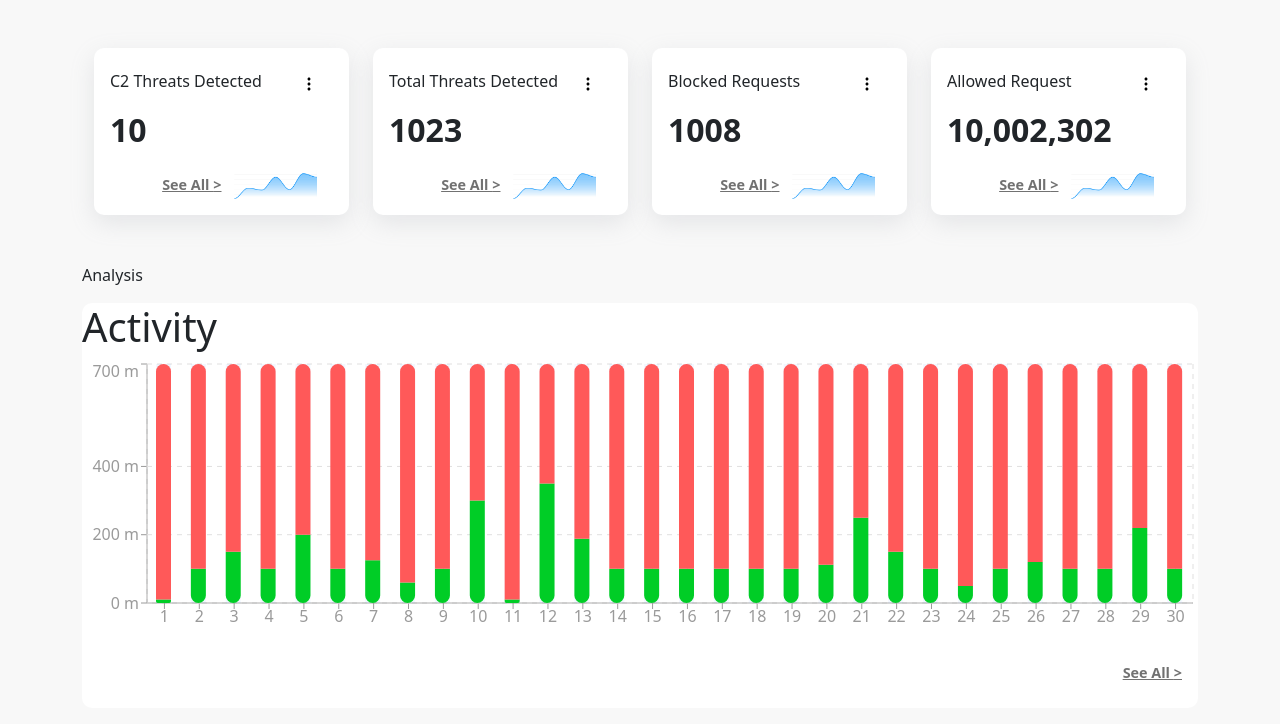
Repository: badhon252/dashboard
Page: /
These files come from the project's save history. The page is drawn as it stood at one moment and after the next save; the edit follows.
The browser window is 1280 px wide. The pictures show the whole page.
The project was rebuilt for these pictures with package versions that can differ from the ones it lists, and the page was loaded fresh each time. Also part of the build but not shown: vite.config.js.

Above is the page before, as saved 2023-01-27 03:00:17.

### index.html
<!DOCTYPE html>
<html lang="en">

<head>
    <meta charset="UTF-8" />
    <link rel="icon" type="image/svg+xml" href="/vite.svg" />
    <meta name="viewport" content="width=device-width, initial-scale=1.0" />
    <!-- bootsrap cdn  -->
    <link rel="stylesheet" href="https://cdn.jsdelivr.net/npm/bootstrap@5.2.3/dist/css/bootstrap.min.css">
    <title>DashBoard</title>
</head>

<body>
    <div id="root"></div>

    <script type="module" src="/src/index.jsx"></script>
    <!-- bootsrap cdn  -->
    <script type="module" src="https://cdn.jsdelivr.net/npm/bootstrap@5.2.3/dist/js/bootstrap.bundle.min.js"></script>
</body>

</html>

### src/App.jsx
import './App.css'
import Activity from './Components/Activity/Activity'
import Analysis from './Components/Analysis/Analysis'
import Status from './Components/Status/Status'

function App() {

  return (
    <div className="container">
      <Status/>
      <Analysis/>
      <Activity/>
    </div>
  )
}

export default App

### src/App.css
body {
    background-color: #f8f8f8;
}

.link {
    color: rgba(0, 0, 0, 0.534);
    text-decoration: underline;
    font-size: 1em;
    padding: 0;
}

.link,
img {
    cursor: pointer;
}

### src/Components/Activity/Activity.jsx
import "./Activity.css";
import ActivityGraph from "./ActivityGraph";
import ActivityHeader from "./ActivityHeader";

export default function Activity() {
  const customTooltip = ({ active, payload, label }) => {
    if (active && payload && payload.length) {
      return (
        <div className="custom-tooltip">
          <p className="date-label">26 Jan 2023</p>

          <div className="d-flex">
            <div className="tooltip-allowed ">
              <p className="label">
                <span>00</span> Allowed
              </p>
              <p className="label">
                <span>00</span>
                {`${payload[0].value}`}
              </p>
            </div>

            <div className="tooltip-blocked">
              <p className="label">
                <span>00</span> Blocked
              </p>
              <p className="label">
                <span>00</span>
                {`${payload[1].value}`}
              </p>
            </div>
          </div>
        </div>
      );
    }
  };

  return (
    <div className="activity">
      <ActivityHeader />

      <div className="activity_graph">
        {/* barhcart Code goes here  */}
        <ActivityGraph CustomTooltip={customTooltip} />
        <div className="link py-4 px-3">See All {">"} </div>
      </div>
    </div>
  );
}

### src/Components/Analysis/Analysis.jsx
import React from 'react'

export default function Analysis() {
  return (
    <div>Analysis</div>
  )
}

### src/Components/Status/Status.jsx
import React from 'react'
import "./Status.css"
import StatusCard from './StatusCard';
import dotIcon from "../../assets/dot.svg"

export default function Status() {
  return (
    <div id="status" className='container'>
      <div className='row' >

        <div className="col-md-3">
            <StatusCard title="C2 Threats Detected" icon={dotIcon} amount="10" link={null}/>
        </div>
        <div className="col-md-3">
            <StatusCard title="Total Threats Detected" icon={dotIcon} amount="1023" link={null}/>
        </div>
        <div className="col-md-3">
            <StatusCard title="Blocked Requests" icon={dotIcon} amount="1008" link={null}/>
        </div>
        <div className="col-md-3">
            <StatusCard title="Allowed Request" icon={dotIcon} amount="10,002,302" link={null}/>
        </div>

      </div>
    </div>
  )
}

### src/Components/Activity/Activity.css
.activity {
    background-color: #ffffff;
    margin: 1rem 0;
    border-radius: 10px;
}

.activity_header {
    justify-content: space-between;
    padding: 2rem 1rem;
    border-radius: 5px;
}

#months {
    background-color: #fff;
    border: 1px solid rgba(120, 111, 111, 0.434);
    outline: none;
    border-radius: 5px;
    padding: 7px 10px;
    font-size: 1rem;
    color: #000000b3;
    cursor: pointer;
}

.custom-tooltip {
    background-color: #fff;
    padding: 0.7rem;
    border: none;
    border-radius: 15px;
    box-shadow: 0 0 5px 0 rgba(0, 0, 0, 0.2);
}

.activity .date-label {
    font-size: 1rem;
    font-weight: 600;
    color: #000000b3;
    border-bottom: 1px solid #e4e4e4;
}

.activity .label {
    font-size: 0.9rem;
    font-weight: 400;
    color: #000000b3;
    padding: 2px 5px;
}

.tooltip-allowed {
    padding-right: 1rem;
    border-right: 1px solid #e4e4e4;
}

.tooltip-allowed .label:last-child {
    color: rgb(0, 164, 60);
    border-radius: 15px;
    background-color: rgba(113, 251, 0, 0.228);
}

.tooltip-allowed .label span {
    width: 5px;
    height: 5px;
    border-radius: 50%;
    background-color: rgb(0, 251, 109);
    color: rgb(0, 251, 92);
    margin-right: 5px;
    font-size: 5px;
}

.tooltip-blocked {
    padding-left: 1rem;
}

.tooltip-blocked .label span {
    width: 5px;
    height: 5px;
    border-radius: 50%;
    background-color: rgb(251, 0, 71);
    color: rgb(251, 0, 71);
    font-size: 5px;
    margin-right: 5px;
}

.tooltip-blocked .label:last-child {
    color: #000000b3;
    border-radius: 115px;
    color: rgb(251, 0, 71);
    background-color: rgba(251, 0, 71, 0.133);
}

.link {
    text-align: right;
    text-decoration: underline;
    color: rgba(0, 0, 0, 0.558);
    font-size: 0.9rem;
    font-weight: 600;
}

### src/Components/Activity/ActivityGraph.jsx
import {
  ResponsiveContainer,
  XAxis,
  YAxis,
  BarChart,
  Bar,
  Tooltip,
  CartesianGrid,
} from "recharts";
import Data from "../data";

const ActivityGraph = ({ CustomTooltip }) => {
  return (
    <div>
      <ResponsiveContainer width="100%" aspect="4">
        <BarChart data={Data()} outerRadius={10}>
          <XAxis dataKey="id" stroke="#9a9a9a" interval={"preserveStartEnd"} />
          <YAxis
            dataKey="height"
            stroke="#9a9a9a"
            interval={"preserveStartEnd"}
            domain={[0, 250, 500, 750]}
            tickFormatter={(value) => `${value} m`}
          />
          <CartesianGrid stroke="#e0dfdf" strokeDasharray="5 5" />

          <Bar
            barSize={15}
            dataKey="allowed"
            strokeWidth={1}
            stackId="a"
            fill="rgb(0, 205, 38)"
            radius={[0, 0, 15, 15]}
            background={{ fill: "#5590ff13" }}
          />

          <Bar
            barSize={15}
            dataKey="blocked"
            strokeWidth={1}
            stackId="a"
            fill="rgb(255, 89, 89)"
            radius={[10, 10, 0, 0]}
          ></Bar>

          <Tooltip content={CustomTooltip} cursor={{ fill: "blue" }} />
        </BarChart>
      </ResponsiveContainer>
    </div>
  );
};

export default ActivityGraph;

### src/Components/Activity/ActivityHeader.jsx
const ActivityHeader = () => {
  return (
    <div>
      <h1>Activity</h1>
    </div>
  );
};

export default ActivityHeader;

### src/Components/Status/Status.css
/* Card css  */

.myCard {
    border-radius: 5px;
    transition: all 0.3s ease-in-out;
    box-shadow: rgba(149, 157, 165, 0.2) 0px 8px 24px;
    border-radius: 10px;
    background-color: #fff;
}

.myCard_title {
    font-size: 1rem;
    font-weight: 500;
    margin: 0.5rem 0;
}

.myCard_value {
    font-size: 2em;
    font-weight: 600;
}

.myCard_data {
    display: flex;
    justify-content: space-between;
    align-items: center;
    padding: 0 1rem;
}

### src/Components/Status/StatusCard.jsx
import "./Status.css";
import areaChart from "../../assets/areaChat.png";

export default function StatusCard({ title, icon, amount, link }) {
  return (
    <div className="myCard my-5 p-3">
      <div className="myCard_Head d-flex justify-content-between">
        <h3 className="myCard_title">{title}</h3>
        <h3 className="myCard_icon">
          <img className="img-fluid w-50" src={icon} alt=":" />
        </h3>
      </div>

      <div className="myCard_value">{amount}</div>

      <div className="myCard_data row pt-3">
        <div className="link col-sm-6">
          <a href={link}>See All {">"} </a>
        </div>
        <div className="myCard_Graph col-sm-6">
          <img className="img-fluid" src={areaChart} alt="" />
        </div>
      </div>
    </div>
  );
}

### src/Components/data.js
export default function Data() {
  return [
    { id: 1, date: "1 Jan 2023", height: 700, allowed: 10, blocked: 20400 },
    { id: 2, date: "2 Jan 2023", height: 700, allowed: 100, blocked: 20000 },
    { id: 3, date: "3 Jan 2023", height: 700, allowed: 150, blocked: 20000 },
    { id: 4, date: "4 Jan 2023", height: 450, allowed: 100, blocked: 32000 },
    { id: 5, date: "5 Jan 2023", height: 700, allowed: 200, blocked: 20000 },
    { id: 6, date: "6 Jan 2023", height: 500, allowed: 100, blocked: 5000 },
    { id: 7, date: "7 Jan 2023", height: 700, allowed: 125, blocked: 20000 },
    { id: 8, date: "8 Jan 2023", height: 700, allowed: 60, blocked: 22500 },
    { id: 9, date: "9 Jan 2023", height: 700, allowed: 100, blocked: 20000 },
    { id: 10, date: "10 Jan 2023", height: 500, allowed: 300, blocked: 20000 },
    { id: 11, date: "11 Jan 2023", height: 550, allowed: 10, blocked: 20000 },
    {
      id: 12,
      date: "12 Jan 2023",
      height: 700,
      value: 15000,
      allowed: 350,
      blocked: 20000,
    },
    {
      id: 13,
      date: "13 Jan 2023",
      height: 700,
      value: 15000,
      allowed: 188,
      blocked: 200200,
    },
    {
      id: 14,
      date: "14 Jan 2023",
      height: 700,
      value: 15000,
      allowed: 100,
      blocked: 20000,
    },
    {
      id: 15,
      date: "15 Jan 2023",
      height: 700,
      value: 15000,
      allowed: 100,
      blocked: 20000,
    },
    {
      id: 16,
      date: "16 Jan 2023",
      height: 700,
      value: 15000,
      allowed: 100,
      blocked: 20000,
    },
    {
      id: 17,
      date: "17 Jan 2023",
      height: 700,
      value: 15000,
      allowed: 100,
      blocked: 20000,
    },
    { id: 18, date: "18 Jan 2023", height: 700, allowed: 100, blocked: 20000 },
    { id: 19, date: "19 Jan 2023", height: 600, allowed: 100, blocked: 20000 },
    {
      id: 20,
      date: "20 Jan 2023",
      height: 700,

      allowed: 112,
      blocked: 20024000,
    },
    {
      id: 21,
      date: "21 Jan 2023",
      height: 600,
      value: 15000,
      allowed: 250,
      blocked: 20000,
    },
    {
      id: 22,
      date: "22 Jan 2023",
      height: 650,
      value: 15000,
      allowed: 150,
      blocked: 20000,
    },
    {
      id: 23,
      date: "23 Jan 2023",
      height: 700,
      value: 15000,
      allowed: 100,
      blocked: 20000,
    },
    {
      id: 24,
      date: "24 Jan 2023",
      height: 700,
      value: 15000,
      allowed: 50,
      blocked: 5000,
    },
    {
      id: 25,
      date: "25 Jan 2023",
      height: 700,
      value: 15000,
      allowed: 100,
      blocked: 20000,
    },
    {
      id: 26,
      date: "26 Jan 2023",
      height: 700,
      value: 15000,
      allowed: 120,
      blocked: 20000,
    },
    {
      id: 27,
      date: "27 Jan 2023",
      height: 700,
      value: 1500,
      allowed: 100,
      blocked: 20000,
    },
    {
      id: 28,
      date: "28 Jan 2023",
      height: 700,
      value: 1500,
      allowed: 100,
      blocked: 2000,
    },
    {
      id: 29,
      date: "29 Jan 2023",
      height: 600,
      value: 1500,
      allowed: 220,
      blocked: 20000,
    },
    {
      id: 30,
      date: "30 Jan 2023",
      height: 700,
      value: 150,
      allowed: 100,
      blocked: 10200,
    },
  ];
}

Loaded but not shown: src/index.jsx (common file)

After the next save:
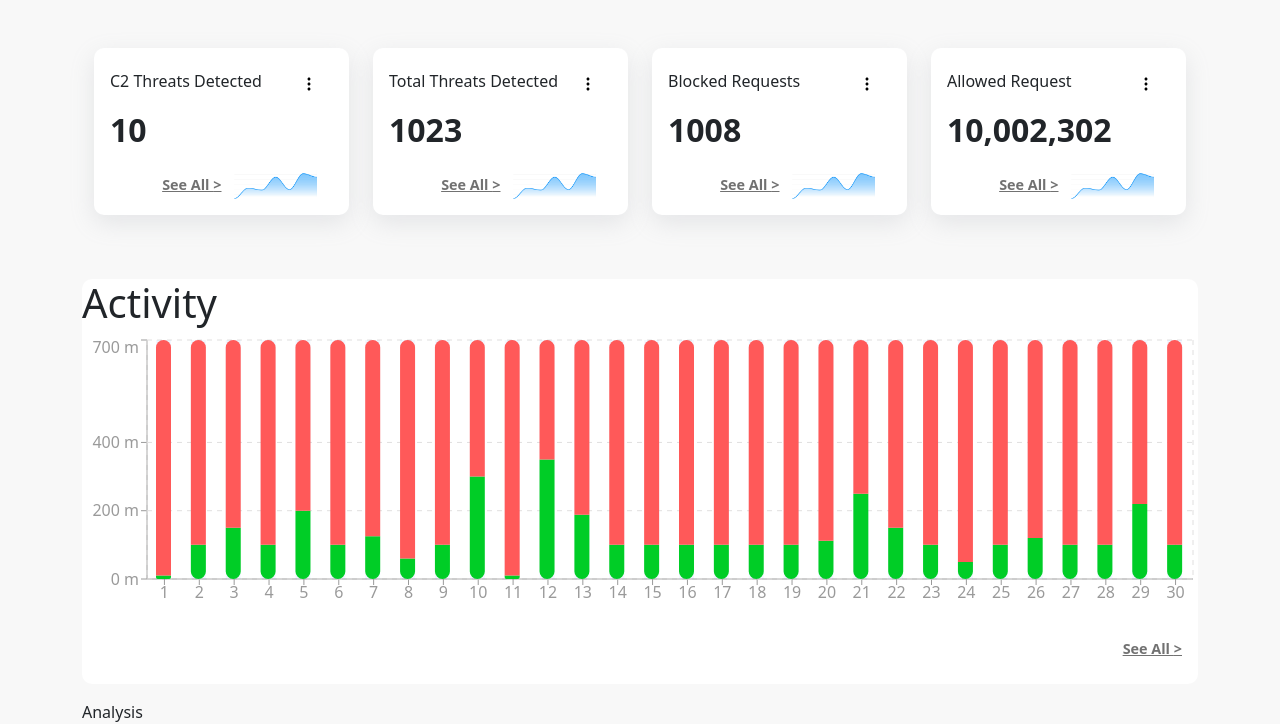
Saved 56 s later.
--- a/src/App.jsx
+++ b/src/App.jsx
@@ -1,17 +1,16 @@
-import './App.css'
-import Activity from './Components/Activity/Activity'
-import Analysis from './Components/Analysis/Analysis'
-import Status from './Components/Status/Status'
+import "./App.css";
+import Activity from "./Components/Activity/Activity";
+import Analysis from "./Components/Analysis/Analysis";
+import Status from "./Components/Status/Status";
 
 function App() {
-
   return (
     <div className="container">
-      <Status/>
-      <Analysis/>
-      <Activity/>
+      <Status />
+      <Activity />
+      <Analysis />
     </div>
-  )
+  );
 }
 
-export default App
+export default App;
